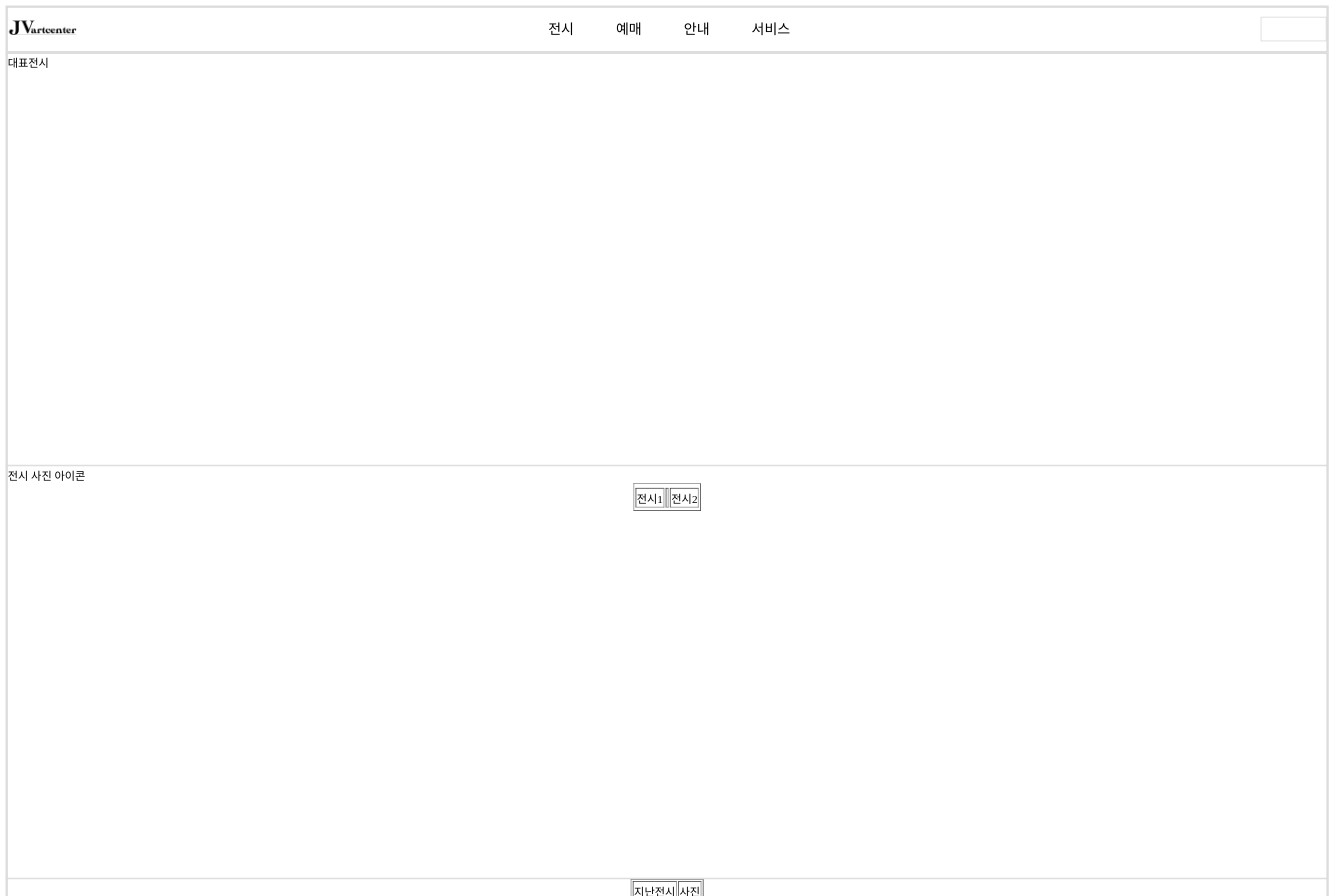
Repository: pshysd/SEMI_PROJECT
Page: http://localhost/JVArtCenter/
An editor plug-in stored every save of this project. The page is shown before and after the next save, followed by the edit.
The browser window is 1280 px wide. The page is 1898 px wide, so the pictures cover 1898 px, including what lies to the right of the window. The pictures show the part of the page from y = 0 to 1280 px (the page is 3296 px tall), at 70% of full size.
The page is served by Tomcat 9. Nobody is signed in. The application's start-up code is not run. Other server files are loaded and not shown.

Above is the page before, as saved 2022-10-21 11:09:27.

### JVArtCenter/WebContent/index.jsp
<%@ page language="java" contentType="text/html; charset=UTF-8"
    pageEncoding="UTF-8"%>
<%
	String contextPath = request.getContextPath();
%>
<!DOCTYPE html>
<html>
<head>
<meta charset="UTF-8">
<title>JV Art Center</title>
<style>
      .wrap {
        width: 1890px;
        height: 3280px;
      }

      div {
        border: 1px solid lightgray;
        box-sizing: border-box;
      }

      #header {
        height: 2%;
      }

      #body {
        margin: 0;
        font-family: "Nanum Gothic Coding", monospace;
      }

      a {
        text-decoration: none;
        color: black;
      }

      #search,
      #user,
      #calender {
        padding: 10px 12px;
      }

      #navbar {
        display: flex;
        justify-content: space-between;
        align-items: center;
        box-sizing: border-box;
        height: 100%;
      }

      #navbar_menu a {
        display: block;
        line-height: 35px;
      }

      #navbar_icons {
        font-size: 20px;
        display: flex;
        padding: 5px 10px;
      }

      #navbar_menu {
        display: flex;
        list-style: none;
        padding-left: 0;
        font-size: large;
        position: relative;
      }

      #navbar_menu > li {
        padding: 5px 30px;
        font-size: 20px;
        position: static;
      }

      #navbar_logo {
        list-style: none;
        padding: 0px;
      }

      /* 서브메뉴를 담당하는 ul 태그에 대한 스타일 */
      #navbar_menu > li > ul {
        list-style-type: none;
        padding: 0px;
        display: none; /* 평소에는 안보여주다가 마우스가 올라가는 순간 보여지게끔 */
        position: absolute;
      }

      /* 메인메뉴에 마우스가 올라가는 순간 서브메뉴가 펼쳐져서 보이게끔 */
      #navbar_menu > li > a:hover + ul {
        display: block; /* 메인메뉴에만 마우스가 올라갔을때만 유지됨 */
        background-color: beige;
      }

      /* 서브메뉴에도 마우스가 올라갈 때 펼쳐진게 유지될 수 있게끔 */
      #navbar_menu > li > ul:hover {
        display: block;
        background-color: beige;
      }

      /* 서브메뉴 글씨만 좀 더 작게 보이게끔 */
      #navbar_menu > li > ul a {
        font-size: 15px;
      }

      #navbar_menu > li > ul a:hover {
        font-size: 18px;
      }

      #content {
        height: 90%;
      }

      #main-content1,
      #main-content2,
      #main-content3,
      #main-content4,
      #main-content5 {
        height: 20%;
      }

      #footer {
        height: 8%;
        background-color: black;
        color: white;
      }

      #footer > p {
        padding: 10px;
        box-sizing: border-box;
      }

      #footer_etc {
        padding: 10px;
      }

      #footer_etc a {
        text-decoration: none;
        color: white;
      }
    </style>
</head>
<body>
    <div class="wrap">
      <div id="header">
        <!--헤더영역-->

        <div id="navbar">
          <ul id="navbar_logo">
            <li>
              <a href=""><img src="resources/image/logo.png" width="100px"></a>
            </li>
          </ul>

          <ul id="navbar_menu">
            <li>
              <a href="">전시</a>
              <ul>
                <li><a href="">현재전시</a></li>
                <li><a href="">지난전시</a></li>
                <li><a href="">오픈예정</a></li>
              </ul>
            </li>
            <li>
              <a href="<%= contextPath %>/step1.rsv">예매</a>
              <ul>
                <li><a href="">전시예매</a></li>
              </ul>
            </li>
            <li>
              <a href="">안내</a>
              <ul>
                <li><a href="">JV소개</a></li>
                <li><a href="">전시관 안내</a></li>
              </ul>
            </li>
            <li>
              <a href="">서비스</a>
              <ul>
                <li><a href="">공지사항</a></li>
                <li><a href="">FAQ</a></li>
                <li><a href="">1:1문의</a></li>
                <li><a href="">뉴스레터</a></li>
              </ul>
            </li>
          </ul>
          <div id="navbar_icons">
            <a href=""
              ><i id="search" class="fa-solid fa-magnifying-glass"></i
            ></a>
            <a href=""
              ><i id="calender" class="fa-regular fa-calendar-days"></i
            ></a>
            <a href=""><i id="user" class="fa-regular fa-user"></i></a>
          </div>
        </div>
      </div>

      <div id="content">
        <div id="main-content1">대표전시</div>

        <div id="main-content2">
          <table border="1" style="margin: auto">
            <tr id="table2">
              전시
            </tr>
            <tr></tr>
            <tr id="table3">
              사진
              <td>전시1</td>
              <td></td>
              <td>전시2</td>
            </tr>
            <tr table="table4">
              아이콘
            </tr>
          </table>
        </div>

        <div id="main-content3">
          <table border="1" style="margin: auto">
            <tr>
              <td>지난전시</td>
              <td>사진</td>
            </tr>
            <tr>
              <td>오픈예정</td>
              <td>사진</td>
            </tr>
          </table>
        </div>
        <div id="main-content4">
          <table border="1" style="margin: auto">
            <tr>
              <td colspan="3">뉴스레터</td>
            </tr>
            <tr>
              <td>사진</td>
              <td>왼쪽사진1</td>
              <td>왼쪽사진2</td>
            </tr>
            <tr>
              <td>제목</td>
              <td rowspan="2">사진3</td>
              <td rowspan="2">사진4</td>
            </tr>
            <tr>
              <td>내용</td>
            </tr>
          </table>
        </div>

        <div id="main-content5">
          <table border="1" style="margin: auto">
            <tr>
              <td>공간</td>
              <td>공지사항</td>
              <td>더보기</td>
            </tr>
            <tr>
              <td rowspan="2">공간내용</td>
              <td colspan="2">공지사항1</td>
            </tr>
            <tr>
              <td colspan="2">공지사항2</td>
            </tr>
            <tr>
              <td>더보기</td>
              <td colspan="2">공지사항3</td>
            </tr>
          </table>
        </div>
      </div>

      <div id="footer">
        <!--푸터-->
        <div id="footer_etc">
          <a href="">개인정보처리방침</a> |
          <a href="">이용약관</a>
        </div>
        <p>
            JV 아트센터<br />
            서울특별시 영등포구 선유동2로 57 이레빌딩(구관) 19F, 20F<br /><br />

            Tel 1544-9970<br />

            © 2022 KH Arts Center All right reserved.
        </p>
      </div>
    </div>
  </body>
</html>

After the next save:
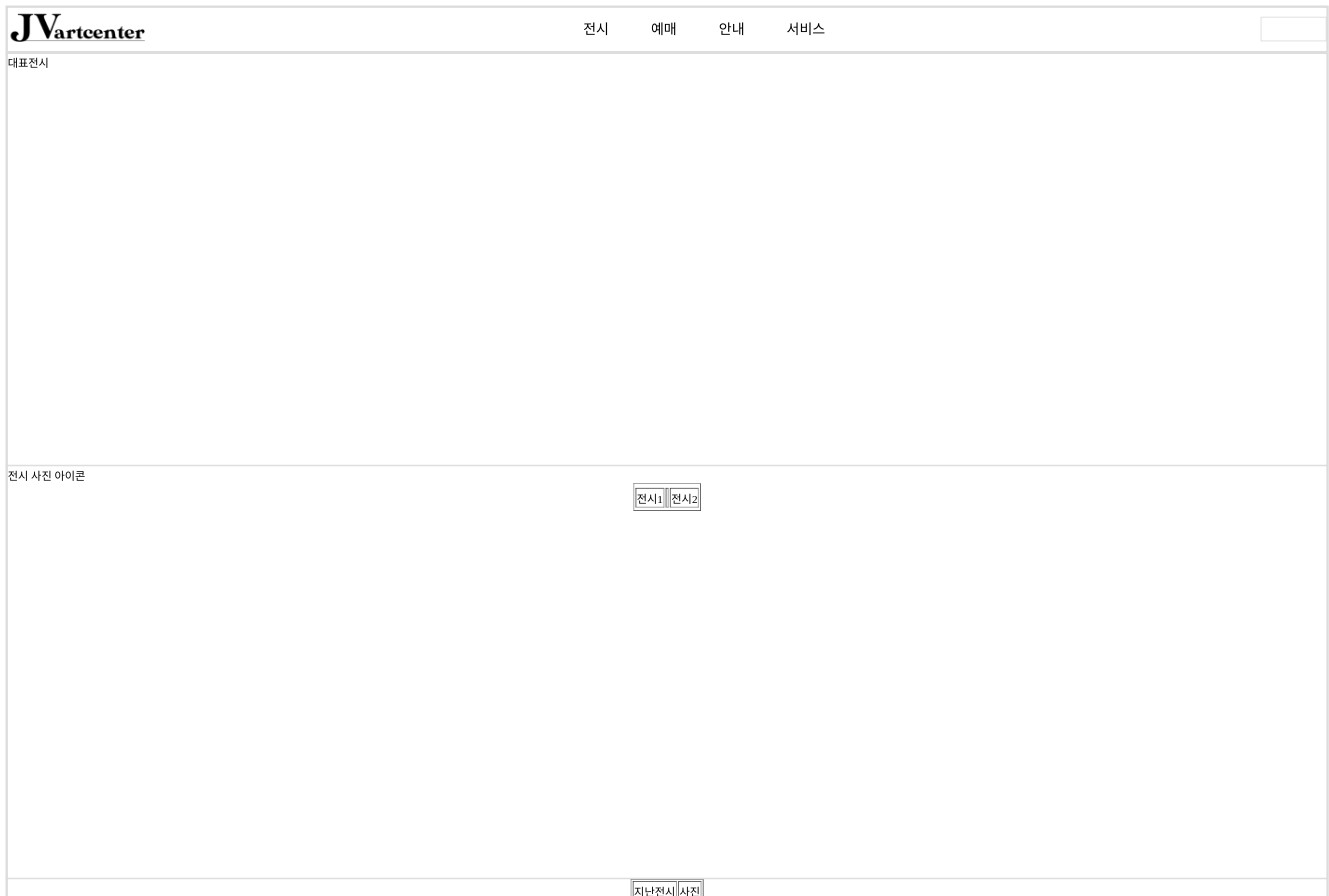
Saved 33 s later.
--- a/JVArtCenter/WebContent/index.jsp
+++ b/JVArtCenter/WebContent/index.jsp
@@ -147,7 +147,7 @@
         <div id="navbar">
           <ul id="navbar_logo">
             <li>
-              <a href=""><img src="resources/image/logo.png" width="100px"></a>
+              <a href=""><img src="resources/image/logo.png" width="200px"></a>
             </li>
           </ul>
 
